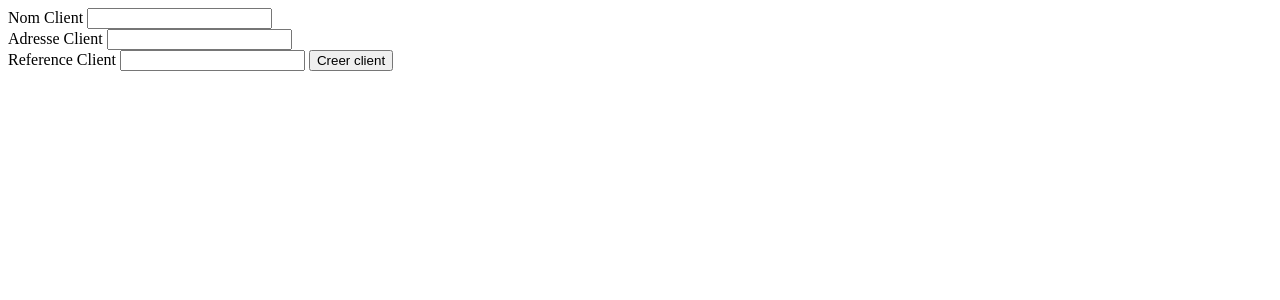
Repository: Elie-Dey/airblio
Page: test.html
An editor plug-in stored every save of this project. The page is shown before and after the next save, followed by the edit.
The browser window is 1280 px wide. The pictures show the whole page.

Above is the page before, as saved 2022-03-27 03:13:47.

After the next save:
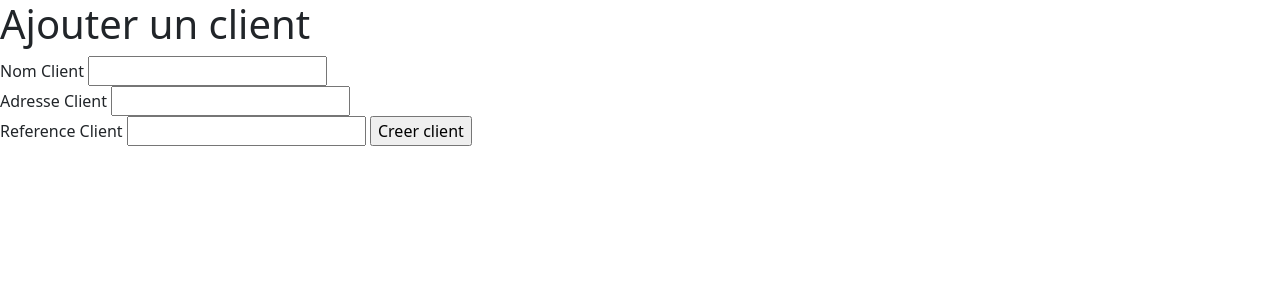
Saved 45 s later.
--- a/test.html
+++ b/test.html
@@ -4,17 +4,26 @@
     <meta charset="UTF-8" />
     <meta http-equiv="X-UA-Compatible" content="IE=edge" />
     <meta name="viewport" content="width=device-width, initial-scale=1.0" />
+    <link
+      href="https://cdn.jsdelivr.net/npm/bootstrap@5.1.3/dist/css/bootstrap.min.css"
+      rel="stylesheet"
+      integrity="sha384-1BmE4kWBq78iYhFldvKuhfTAU6auU8tT94WrHftjDbrCEXSU1oBoqyl2QvZ6jIW3"
+      crossorigin="anonymous"
+    />
+    <script src="https://ajax.googleapis.com/ajax/libs/jquery/3.6.0/jquery.min.js"></script>
     <title>Document</title>
+    <script src="app.js"></script>
   </head>
   <body>
-    <form action="" method="post">
+    <h1>Ajouter un client</h1>
+    <form action="connect.php" method="post">
       <label for="nom">Nom Client </label>
-      <input type="text" name="nom" id="" /> <br />
+      <input type="text" name="nom" id="nom" /> <br />
       <label for="Adresse">Adresse Client</label>
-      <input type="text" name="adresse" id="" /> <br />
+      <input type="text" name="adresse" id="adresse" /> <br />
       <label for="reference">Reference Client</label>
-      <input type="text" name="reference" id="" />
-      <input type="button" value="Creer client" />
+      <input type="text" name="reference" id="reference" />
+      <input type="submit" value="Creer client" />
     </form>
   </body>
 </html>
